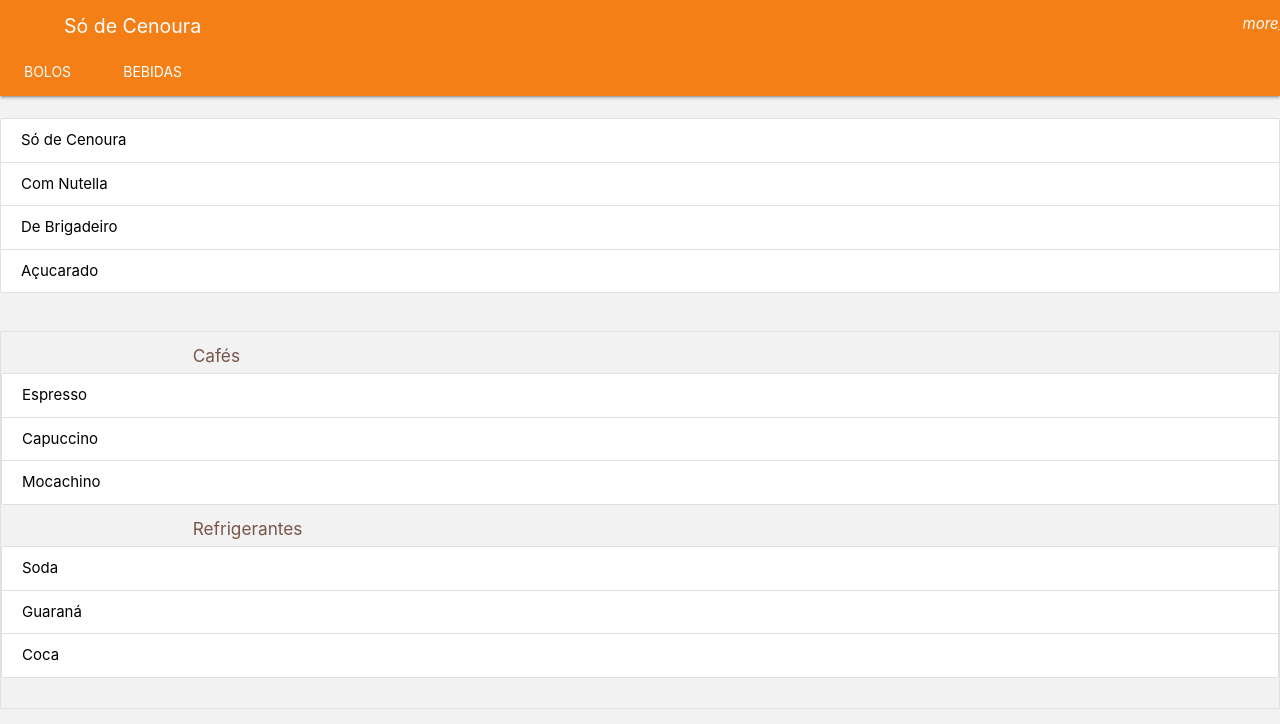
Repository: TaRCioS-CLaY/Mobile_RC_Clay
Page: garconapp/www/index.html
An editor plug-in stored every save of this project. The page is shown before and after the next save, followed by the edit.
The browser window is 1280 px wide. The pictures show the whole page.

Above is the page before, as saved 2019-05-02 23:26:57.

### garconapp/www/index.html
<!DOCTYPE html>
<html>
  <head>
    <meta	name="viewport"
          content="width=device-width,	initial-scale=1">
    <meta	charset="utf-8">
    <title>Só	de	Cenoura	Garçom</title>
    <!-- <link	rel="stylesheet" href="css/MaterialIcons-Regular.ttfs"> -->
    <link	rel="stylesheet" href="css/materialize.css">
    <link	rel="stylesheet" href="css/estilos.css">
  </head>
  <body>
    <div	class="topo-fixo	z-depth-1">
    <div	class="valign-wrapper	yellow	darken-4	white-text">
      <h5	class="titulo">Só	de	Cenoura</h5>
      <div>
              <i	class="material-icons	waves-effect
                                  waves-light	waves-circle">more_vert</i>
      </div>
</div>
    <ul	class="tabs	yellow	darken-4">
      <li	class="tab">
        <a	href="#bolos"
           class="white-text	waves-effect	waves-light">
          Bolos
        </a>
      </li>
      <li	class="tab">
        <a	href="#bebidas"
           class="white-text	waves-effect	waves-light">
          Bebidas
        </a>
      </li>
    </ul>
    </div>
    <div	id="bolos" class="section">
      <div	class="collection">
        <a	class="collection-item waves-effect black-text">Só	de	Cenoura</a>
        <a	class="collection-item waves-effect black-text">Com	Nutella</a>
        <a	class="collection-item waves-effect black-text">De	Brigadeiro</a>
        <a	class="collection-item waves-effect black-text">Açucarado</a>
      </div>
    </div>
    <div	class="collection brown-text">
      <div	id="bebidas" class="section">
        <h6	class="container">Cafés</h6>
        <div	class="collection">
          <a	class="collection-item waves-effect black-text">Espresso</a>
          <a	class="collection-item waves-effect black-text">Capuccino</a>
          <a	class="collection-item waves-effect black-text">Mocachino</a>
        </div>
        <h6	class="container brown-text">Refrigerantes</h6>
        <div	class="collection">
          <a	class="collection-item waves-effect black-text">Soda</a>
          <a	class="collection-item waves-effect black-text">Guaraná</a>
          <a	class="collection-item waves-effect black-text">Coca</a>
        </div>
      </div>


      <script	src="js/jquery-3.4.0.min.js"></script>
      <script	src="js/materialize.min.js"></script>
  </body>
</html>

### garconapp/www/css/estilos.css
.titulo	{
    font-size: 1.3rem;
    margin-left: 5%;
    margin-right:	auto;
}

.tabs .indicator	{
    background-color:	white;
}

body	{
    background-color: #F2F2F2;
}

Loaded but not shown: garconapp/www/css/materialize.css (library); garconapp/www/js/jquery-3.4.0.min.js (library); garconapp/www/js/materialize.min.js (library)

After the next save:
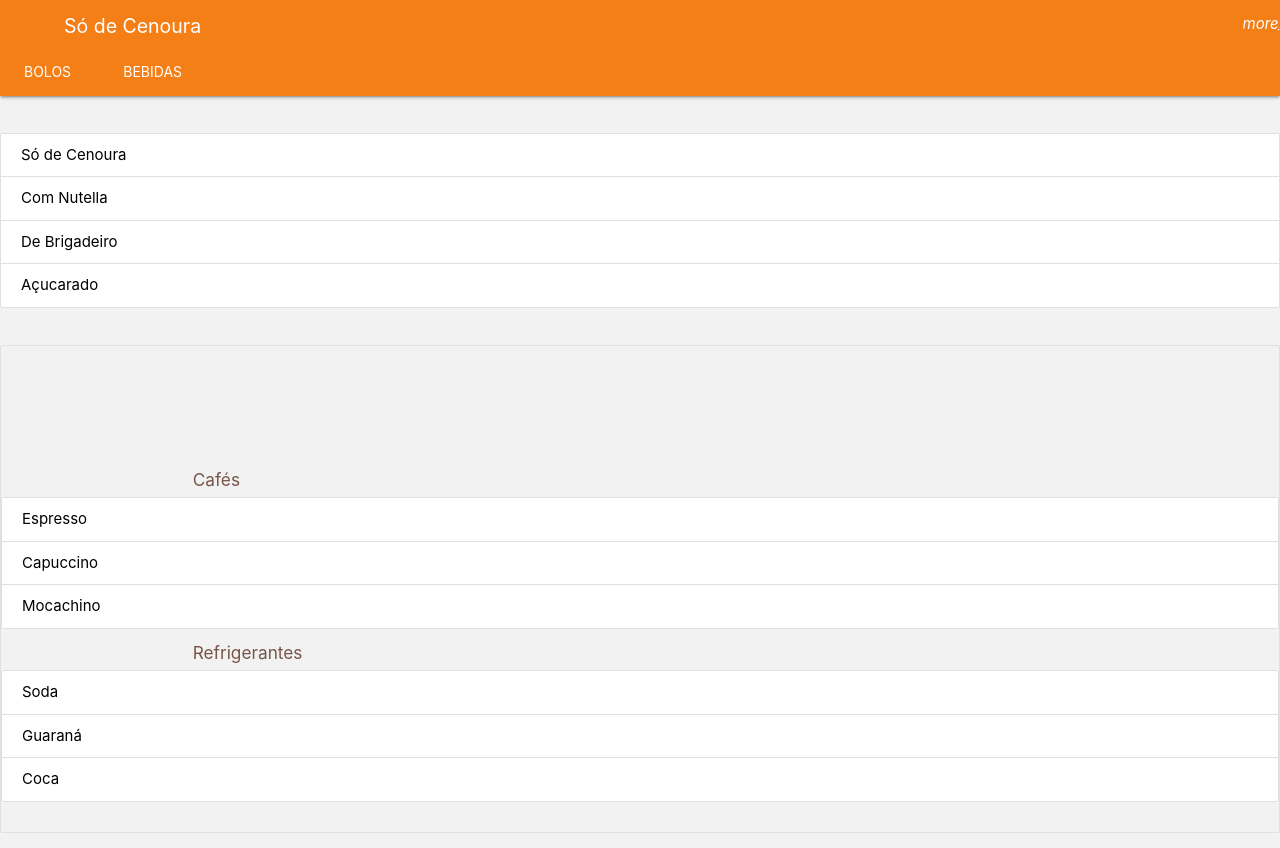
Saved 3 min 5 s later.
--- a/garconapp/www/css/estilos.css
+++ b/garconapp/www/css/estilos.css
@@ -1,3 +1,10 @@
+.topo-fixo	{
+    position:	fixed;
+    top: 0;
+    width: 100%;
+    z-index: 2;
+}
+
 .titulo	{
     font-size: 1.3rem;
     margin-left: 5%;
@@ -11,3 +18,7 @@
 body	{
     background-color: #F2F2F2;
 }
+
+.section	{
+    padding-top: 125px;
+}
